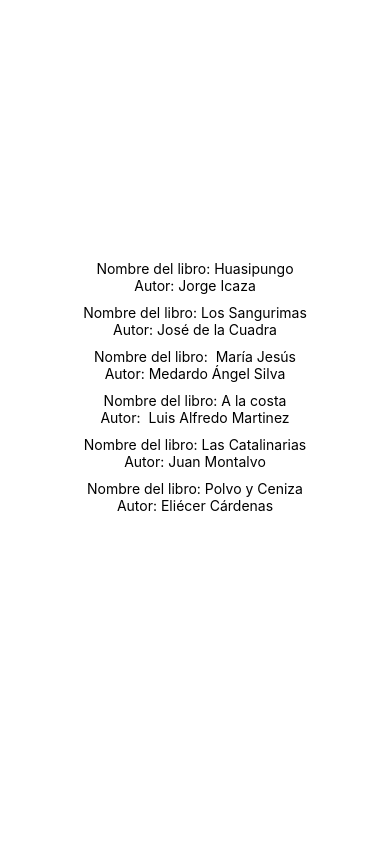
Repository: Henrybaio24/app-lista-libros
Screen: /
The author's editor kept a copy of each file at every save. The screen is drawn from the files as they stood at one save, then again after the next save.
The app was drawn by React Native's web renderer in a window 390 px wide. The project was rebuilt for these pictures with package versions that can differ from the ones it lists, and the page was loaded fresh each time.

Above is the screen before, as saved 2020-02-03 20:15:16.

### App.js
import React, { Component } from 'react';
import {
  StyleSheet,
  Text,
  View,
  FlatList,
  H1,
} from 'react-native';

export default class EventList extends Component {
  state = {
    libros: []
  }

  componentDidMount() {
    const libros = require('./db.json').libros
    this.setState( { libros })
  }

  render() {
    return(

      <FlatList
        data={ this.state.libros }
        style={ styles.lista }
        renderItem={ ({ item }) =>
          <View style={styles.container}>
            <Text>Nombre del libro: { item.nombre }</Text>
            <Text>Autor: { item.autor }</Text>
          </View>
        }
        keyExtractor={ item => item.id }
      />
    )
  }
}

const styles = StyleSheet.create({
  container: {
    paddingTop: 10,
    alignItems: 'center',
    justifyContent: 'center',
  },
  lista: {
    paddingTop: 250,
  },
});

### db.json
{
    "libros":
    [
        {
            "id": 1,
            "nombre": "Huasipungo",
            "autor": "Jorge Icaza",
            "año": 1960
        },
        {
            "id": 2,
            "nombre": "Los Sangurimas",
            "autor": "José de la Cuadra",
            "año": 1903
        },
        {
            "id": 3,
            "nombre": " María Jesús",
            "autor": "Medardo Ángel Silva",
            "año": 1950
        },
        {
            "id": 4,
            "nombre": "A la costa",
            "autor": " Luis Alfredo Martinez",
            "año": 1904
        },
        {
            "id": 5,
            "nombre": "Las Catalinarias",
            "autor": "Juan Montalvo",
            "año": 1832
        },
        {
            "id": 6,
            "nombre": "Polvo y Ceniza",
            "autor": "Eliécer Cárdenas",
            "año": 1950
        }
    ]
}

After the next save:
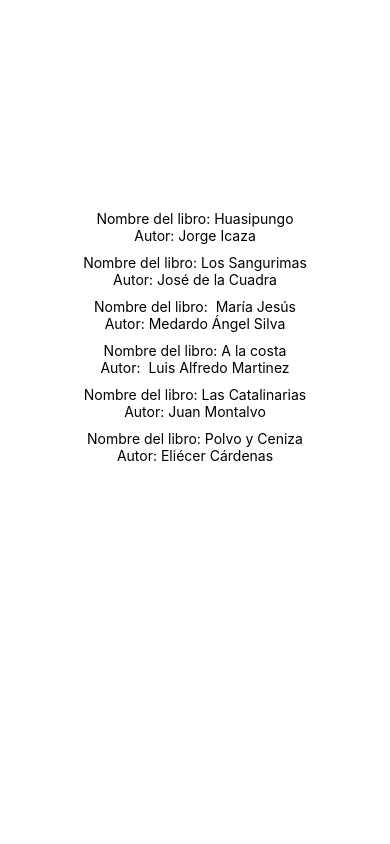
Saved 30 s later.
--- a/App.js
+++ b/App.js
@@ -42,6 +42,6 @@ const styles = StyleSheet.create({
     justifyContent: 'center',
   },
   lista: {
-    paddingTop: 250,
+    paddingTop: 200,
   },
 });
